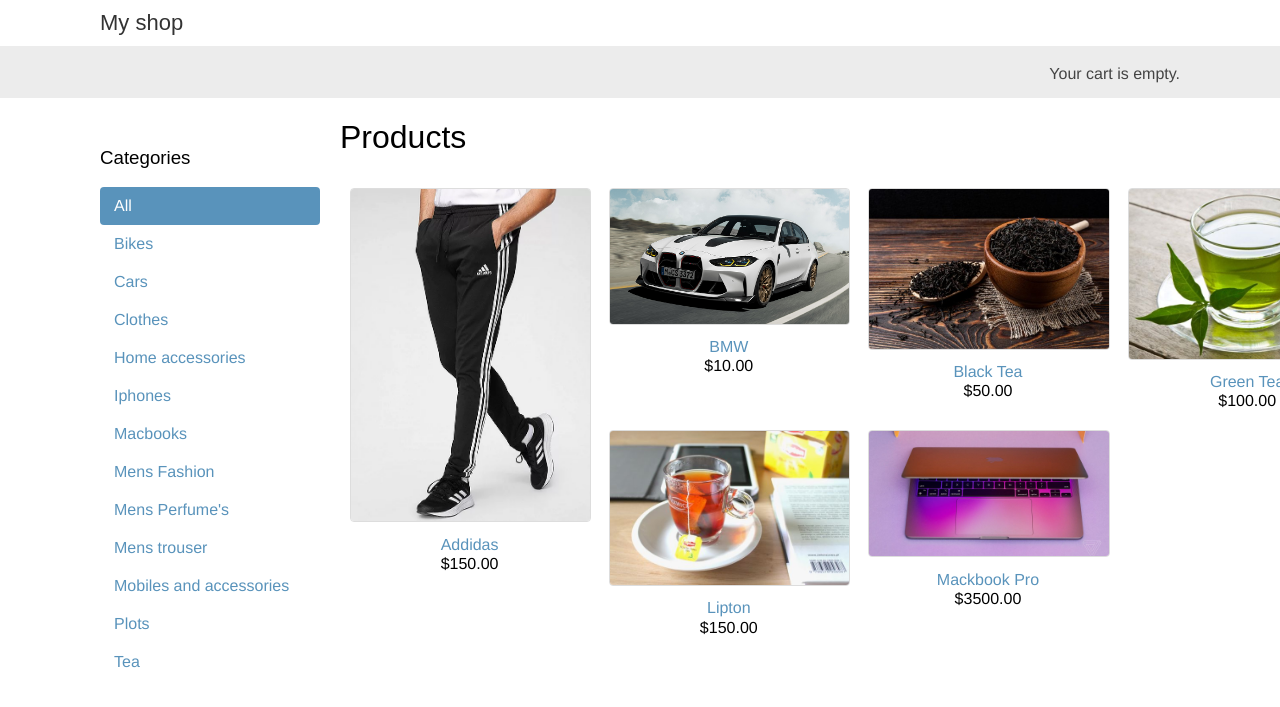
Repository: shahzaib512/django-ecommerce-advanced
Page: http://localhost/
These files come from the project's save history. The page is drawn as it stood at one moment and after the next save; the edit follows.
The browser window is 1280 px wide. The pictures show the whole page.
Some web fonts or font styles are not loaded; a fallback is used. The page is served by the project's application, run on Django 4.2 (manage.py). The page reads the database file committed with the project.

Above is the page before, as saved 2024-01-19 09:03:06.

After the next save:
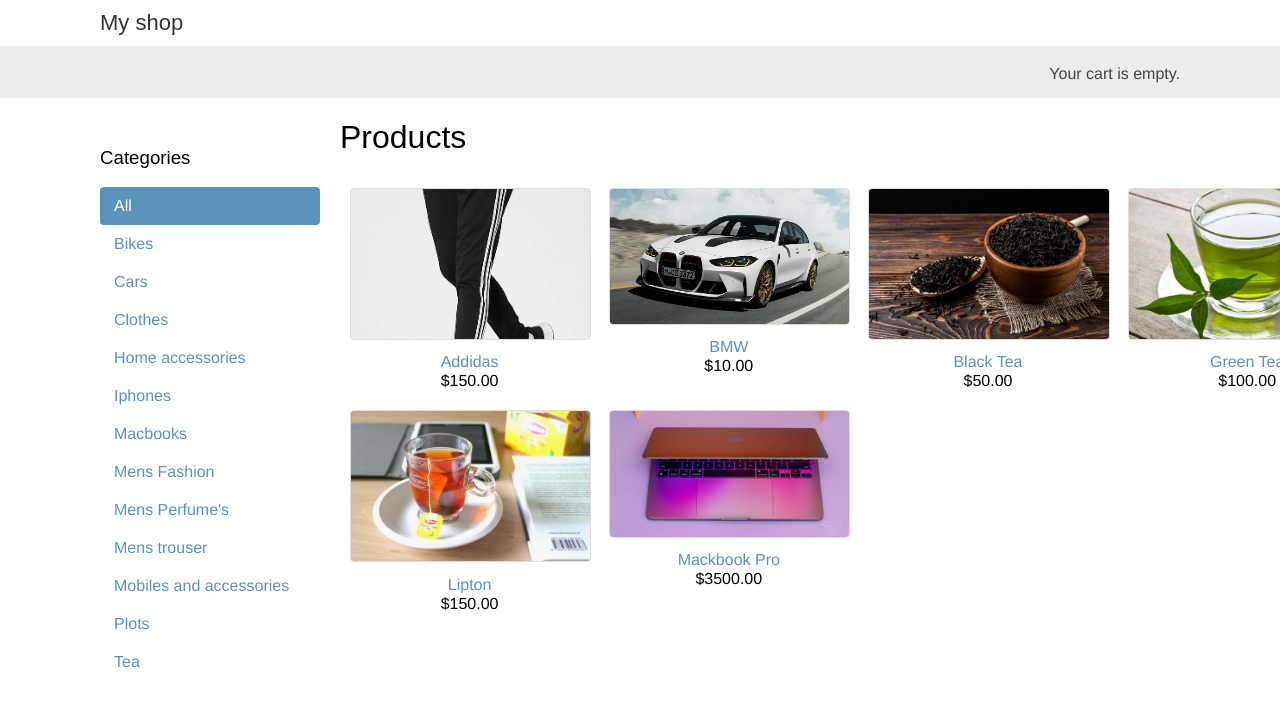
Saved 82 s later.
--- a/shop/static/css/base.css
+++ b/shop/static/css/base.css
@@ -200,7 +200,12 @@
     margin-bottom: 8px;
     border: 1px solid #ddd; /* Add a border for better visibility */
     border-radius: 4px; /* Add rounded corners */
-}
+
+    /* Add the following lines to set a maximum height for the images */
+    max-height: 150px; /* Adjust this value based on your preferred maximum height */
+    object-fit: cover; /* Maintain aspect ratio and cover the entire container */
+}
+
 
 
 .product-detail {
